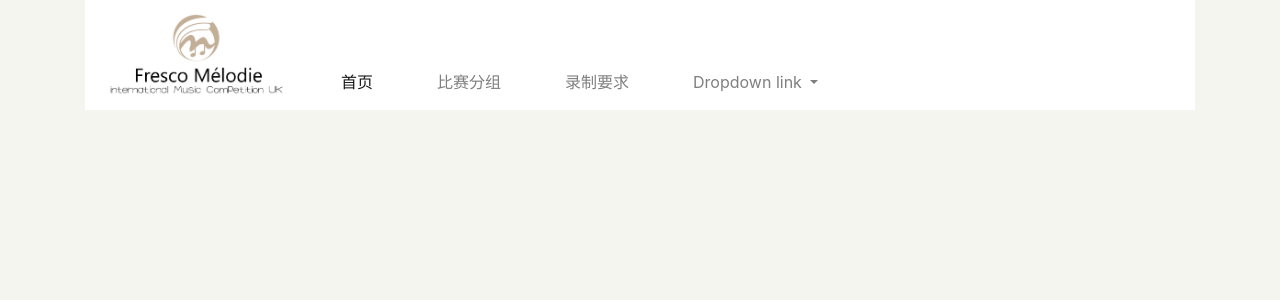
Repository: Mirion-sisi/FrescoMelodie
Page: index.html
An editor plug-in stored every save of this project. The page is shown before and after the next save, followed by the edit.
The browser window is 1280 px wide. The pictures show the whole page.

Above is the page before, as saved 2025-01-13 09:51:22.

### index.html
<!DOCTYPE html>
<html lang="en">

<head>
    <meta charset="UTF-8">
    <meta name="viewport" content="width=device-width, initial-scale=1.0">
    <title>FrescoMelodie</title>
    <link rel="stylesheet" href="css/bootstrap.min.css">
    <link rel="stylesheet" href="css/style.css">
    <link rel="stylesheet" href="css/index.css">

</head>

<body>
    <div class="box">
        <div class="container">
            <nav class="navbar navbar-expand-lg navbar-light bg-white">
                <a class="navbar-brand" href="#">
                    <img src="images/logo.png" class="d-inline-block align-top logo" alt="">
                </a>
                <button class="navbar-toggler" type="button" data-toggle="collapse" data-target="#navbarNavDropdown"
                    aria-controls="navbarNavDropdown" aria-expanded="false" aria-label="Toggle navigation">
                    <span class="navbar-toggler-icon"></span>
                </button>
                <div class="collapse navbar-collapse" id="navbarNavDropdown">
                    <ul class="navbar-nav">
                        <li class="nav-item active">
                            <a class="nav-link" href="#">首页 <span class="sr-only">(current)</span></a>
                        </li>
                        <li class="nav-item">
                            <a class="nav-link" href="#">比赛分组</a>
                        </li>
                        <li class="nav-item">
                            <a class="nav-link" href="#">录制要求</a>
                        </li>
                        <li class="nav-item dropdown">
                            <a class="nav-link dropdown-toggle" href="#" id="navbarDropdownMenuLink" role="button"
                                data-toggle="dropdown" aria-haspopup="true" aria-expanded="false">
                                Dropdown link
                            </a>
                            <div class="dropdown-menu" aria-labelledby="navbarDropdownMenuLink">
                                <a class="dropdown-item" href="#">Action</a>
                                <a class="dropdown-item" href="#">Another action</a>
                                <a class="dropdown-item" href="#">Something else here</a>
                            </div>
                        </li>
                    </ul>
                </div>
            </nav>
        </div>
    </div>





    <script src="js/jquery.min.js"></script>
    <script src="js/bootstrap.bundle.min.js"></script>
</body>

</html>

### css/style.css
/* 导航 */
body {
    background: #f5f5f0;
}

.logo {
    width: 12rem;
    height: auto;
}


.navbar{
    align-items: end;
}
@media (min-width: 992px) {
    .navbar-expand-lg .navbar-nav .nav-link {
        padding-right: 2rem;
        padding-left: 2rem;
    }
}

Loaded but not shown: css/bootstrap.min.css (library); js/jquery.min.js (library); js/bootstrap.bundle.min.js (library); css/index.css (no stored copy; drawn as an empty file)

After the next save:
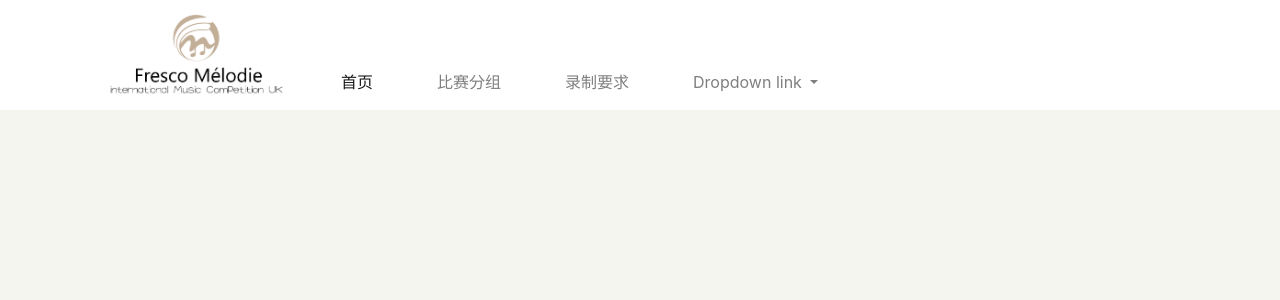
Saved 14 s later.
--- a/index.html
+++ b/index.html
@@ -12,9 +12,9 @@
 </head>
 
 <body>
-    <div class="box">
+    <div class="box bg-white">
         <div class="container">
-            <nav class="navbar navbar-expand-lg navbar-light bg-white">
+            <nav class="navbar navbar-expand-lg navbar-light ">
                 <a class="navbar-brand" href="#">
                     <img src="images/logo.png" class="d-inline-block align-top logo" alt="">
                 </a>
